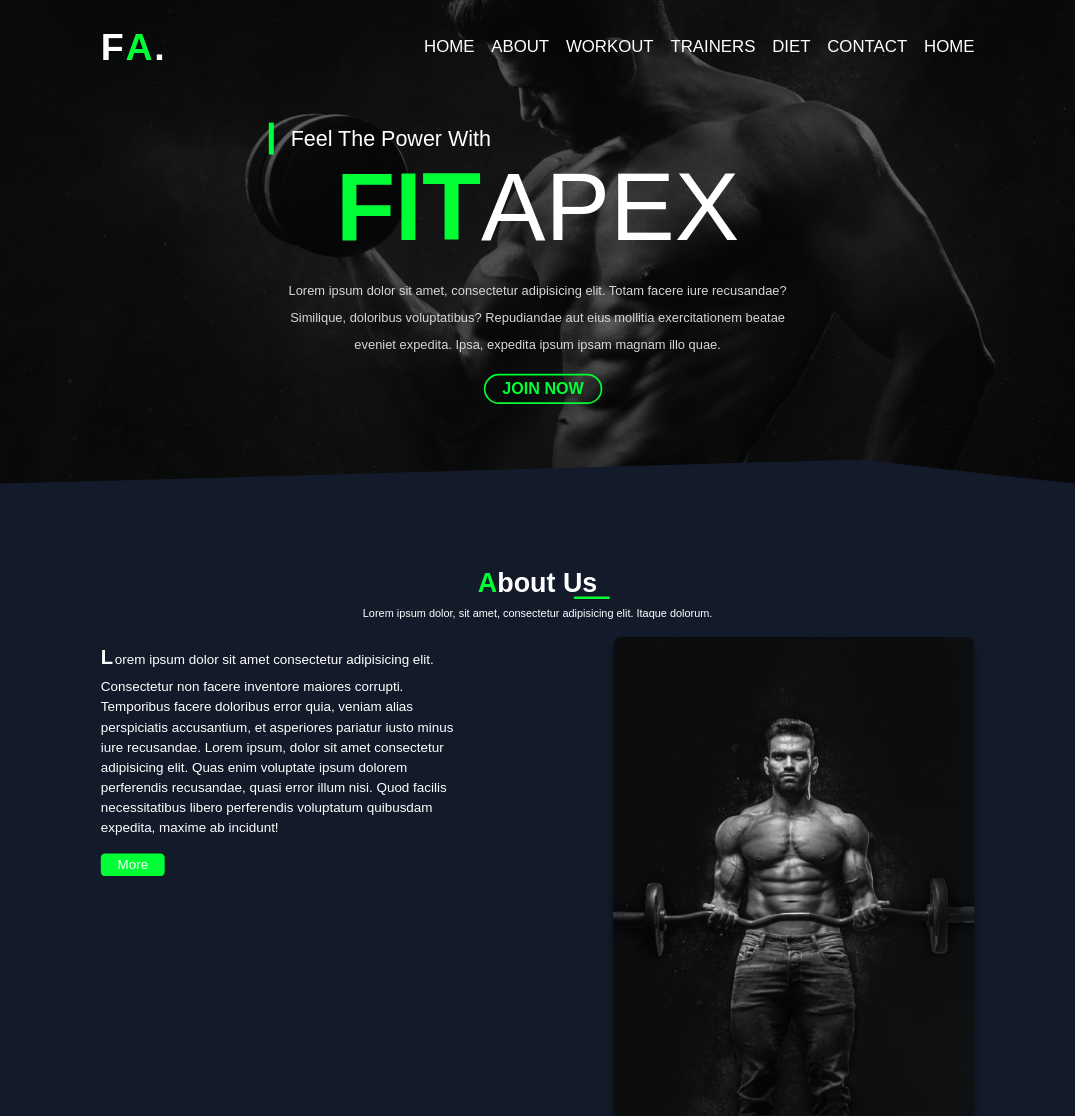
Repository: guilhermecardoso93/fitapex
Page: index.html
An editor plug-in stored every save of this project. The page is shown before and after a run of saves, followed by the edit.
The browser window is 1280 px wide. The pictures show the whole page, at 84% of full size.

Above is the page before, as saved 2023-03-07 20:13:56.

After the next 3 saves:
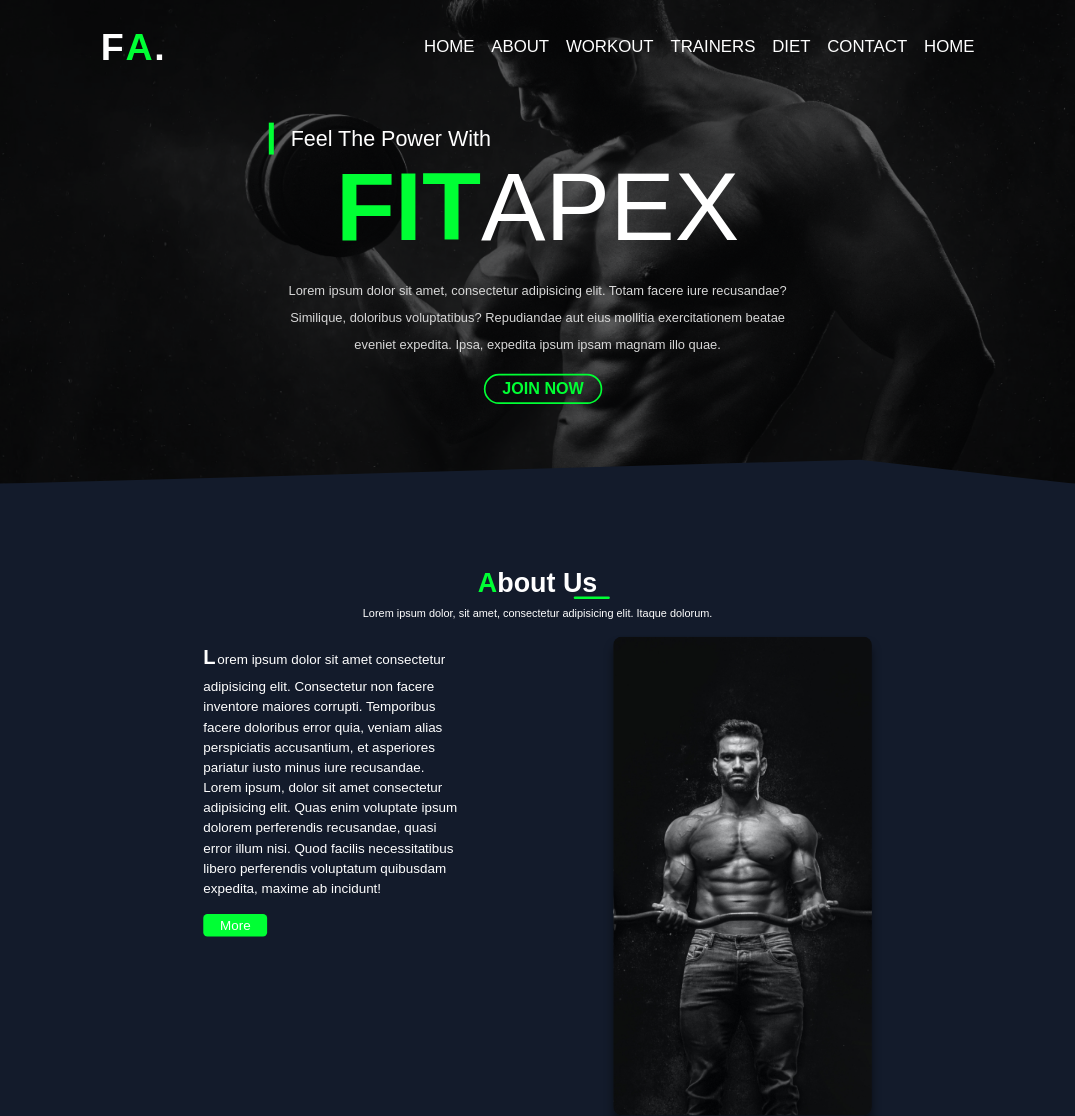
The 3 saves are shown as one change because they came seconds apart.
The last was saved 18 s later.
--- a/css/_about.css
+++ b/css/_about.css
@@ -46,7 +46,7 @@ span {
 .about .content .cols {
   position: relative;
   width: 100%;
-  max-width: 40%
+  max-width: 40%;
   height: 100%;
   padding: 0px 90px;
 }
